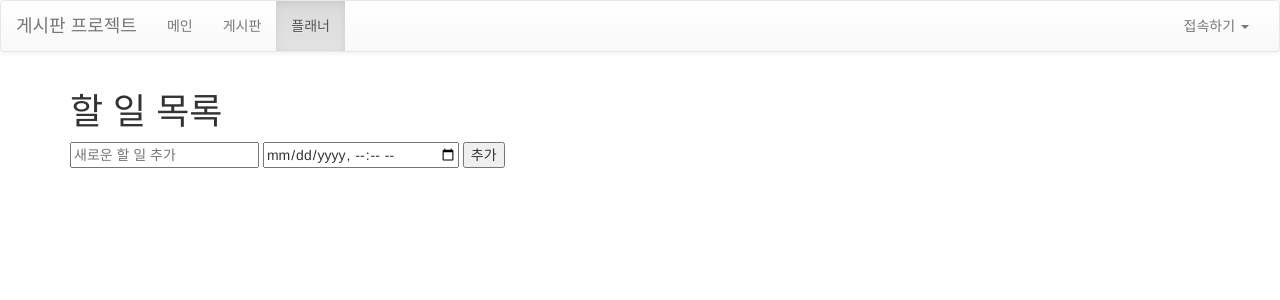
Repository: Seok7975/JSP-Education
Page: http://localhost/BBS/planner.jsp
An editor plug-in stored every save of this project. The page is shown before and after the next save, followed by the edit.
The browser window is 1280 px wide. The pictures show the whole page.
Some web libraries are served in a nearby version. The page is served by Tomcat 9. Other server files are loaded and not shown.

Above is the page before, as saved 2024-06-10 06:42:41.

### List_Projects/BBS/src/main/webapp/planner.jsp
<%@page import="java.util.List"%>
<%@page import="java.util.ArrayList"%>
<%@page import="com.example.Task"%> <!-- Task 클래스 import -->
<%@ page language="java" contentType="text/html; charset=UTF-8"
    pageEncoding="UTF-8"%>
<!DOCTYPE html>
<html>
<head>
	<meta http-equiv="Content-Type" content="text/html; charset=UTF-8">
	<meta name="viewport" content="width=device-width, initial-scale=1">
    <link rel="stylesheet" href="https://cdn.jsdelivr.net/npm/bootstrap@3.3.7/dist/css/bootstrap.min.css" integrity="sha384-BVYiiSIFeK1dGmJRAkycuHAHRg32OmUcww7on3RYdg4Va+PmSTsz/K68vbdEjh4u" crossorigin="anonymous">
    <link rel="stylesheet" href="https://cdn.jsdelivr.net/npm/bootstrap@3.3.7/dist/css/bootstrap-theme.min.css" integrity="sha384-rHyoN1iRsVXV4nD0JutlnGaslCJuC7uwjduW9SVrLvRYooPp2bWYgmgJQIXwl/Sp" crossorigin="anonymous">
    <script src="https://code.jquery.com/jquery-3.1.1.min.js"></script>
    <script src="https://cdn.jsdelivr.net/npm/bootstrap@3.3.7/dist/js/bootstrap.min.js" integrity="sha384-Tc5IQib027qvyjSMfHjOMaLkfuWVxZxUPnCJA7l2mCWNIpG9mGCD8wGNIcPD7Txa" crossorigin="anonymous"></script>
    <title>투두리스트 페이지</title>
</head>
<body>
<%
    String userID = null;
    if (session.getAttribute("userID") != null) {
        userID = (String) session.getAttribute("userID");
    }
%>
    <nav class="navbar navbar-default">
        <div class="container-fluid">
            <div class="navbar-header">
                <button type="button" class="navbar-toggle collapsed" data-toggle="collapse" data-target="#bs-example-navbar-collapse-1" aria-expanded="false">
                    <span class="sr-only">Toggle navigation</span>
                    <span class="icon-bar"></span>
                    <span class="icon-bar"></span>
                    <span class="icon-bar"></span>
                </button>
                <a class="navbar-brand" href="main.jsp">게시판 프로젝트</a>
            </div>
            <div class="collapse navbar-collapse" id="bs-example-navbar-collapse-1">
                <ul class="nav navbar-nav">
                    <li><a href="main.jsp">메인</a></li>
                    <li><a href="bbs.jsp">게시판</a></li>
                    <li class="active"><a href="planner.jsp">플래너</a></li> <!-- 플래너 메뉴 추가 -->
                </ul>
                <%
                    if(userID == null) {
                %>
                    <ul class="nav navbar-nav navbar-right">
                        <li class="dropdown">
                            <a href="#" class="dropdown-toggle" data-toggle="dropdown" role="button" aria-haspopup="true" aria-expanded="false">접속하기 <span class="caret"></span></a>
                            <ul class="dropdown-menu">
                                <li><a href="login.jsp">로그인</a></li>
                                <li><a href="join.jsp">회원가입</a></li>
                            </ul>
                        </li>
                    </ul>
                <%
                    } else {
                %>
                    <ul class="nav navbar-nav navbar-right">
                        <li class="dropdown">
                            <a href="#" class="dropdown-toggle" data-toggle="dropdown" role="button" aria-haspopup="true" aria-expanded="false">회원관리<span class="caret"></span></a>
                            <ul class="dropdown-menu">
                                <li><a href="logoutAction.jsp">로그아웃</a></li>
                            </ul>
                        </li>
                    </ul>
                <%
                    }
                %>
            </div>
        </div>
    </nav>

    <div class="container">
        <h1>할 일 목록</h1>
        <form class="add-item" action="addItem.jsp" method="post">
            <input type="text" name="item" placeholder="새로운 할 일 추가" required>
            <input type="datetime-local" name="dueDateTime" required>
            <button type="submit">추가</button>
        </form>
        <ul>
            <%
                List<Task> tasks = (List<Task>) session.getAttribute("tasks");
                if (tasks == null) {
                    tasks = new ArrayList<>();
                }
                for (Task task : tasks) {
            %>
                <li class="<%= task.isCompleted() ? "completed" : "" %>">
                    <form action="toggleComplete.jsp" method="post" style="margin: 0;">
                        <input type="hidden" name="taskId" value="<%= task.getId() %>">
                        <input type="checkbox" name="completed" <%= task.isCompleted() ? "checked" : "" %> onChange="this.form.submit()">
                    </form>
                    <span><%= task.getItem() %> (마감: <%= task.getDueDateTime() %>)</span>
                    <form action="deleteItem.jsp" method="post" style="margin: 0;">
                        <input type="hidden" name="taskId" value="<%= task.getId() %>">
                        <button class="delete" type="submit">삭제</button>
                    </form>
                </li>
            <%
                }
            %>
        </ul>
    </div>
</body>
</html>

After the next save:
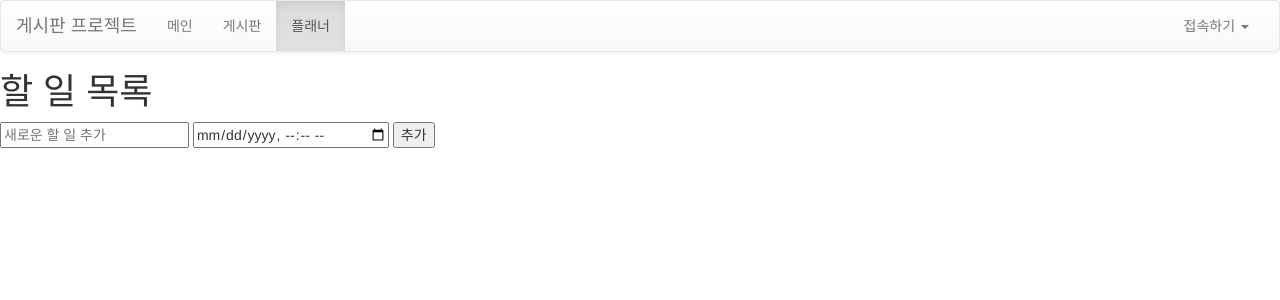
Saved 8 min 26 s later.
--- a/List_Projects/BBS/src/main/webapp/planner.jsp
+++ b/List_Projects/BBS/src/main/webapp/planner.jsp
@@ -68,7 +68,7 @@
         </div>
     </nav>
 
-    <div class="container">
+    <div class="container2">
         <h1>할 일 목록</h1>
         <form class="add-item" action="addItem.jsp" method="post">
             <input type="text" name="item" placeholder="새로운 할 일 추가" required>
